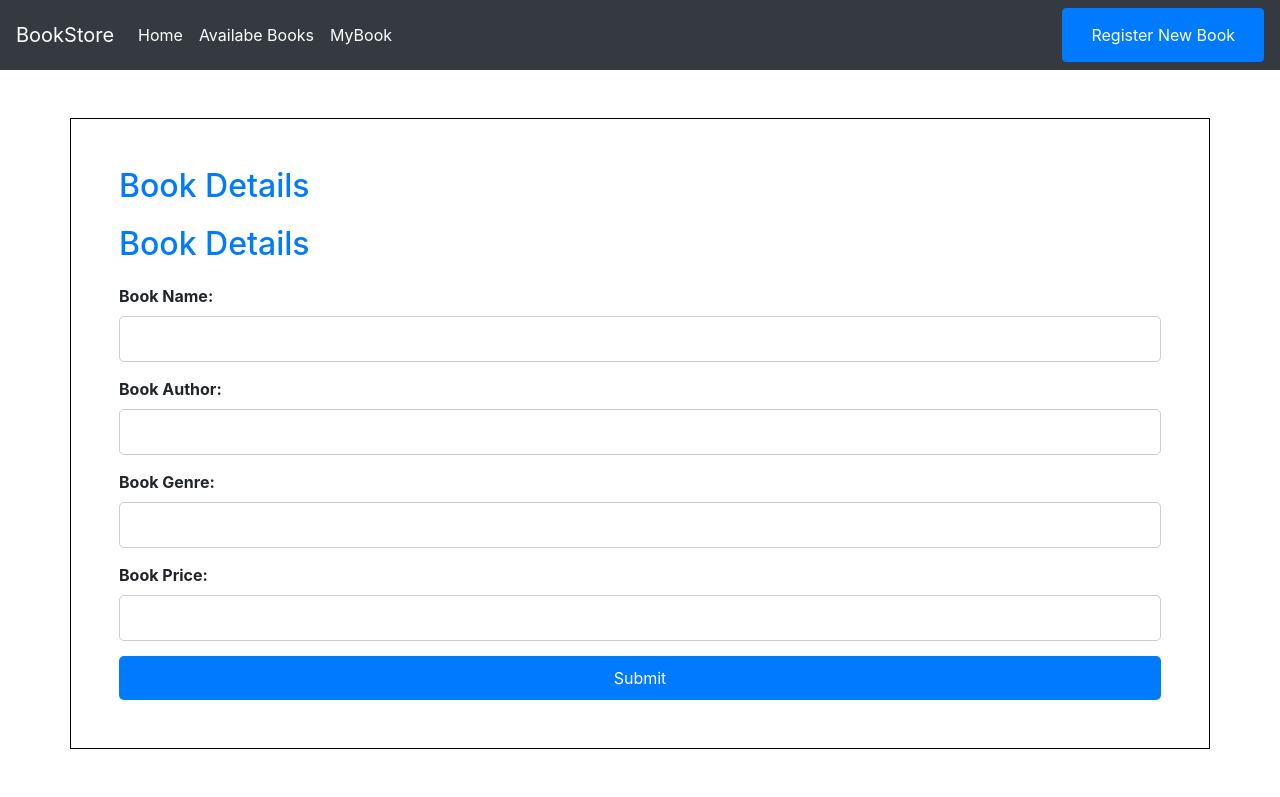
Repository: Sumanta-Sahoo/BookStoreApp
Page: bookstore/src/main/resources/static/bookRegister.html
The author's editor kept a copy of each file at every save. The page is drawn from the files as they stood at one save, then again after the next save.
The browser window is 1280 px wide. The pictures show the whole page.

Above is the page before, as saved 2024-03-15 11:56:36.

After the next save:
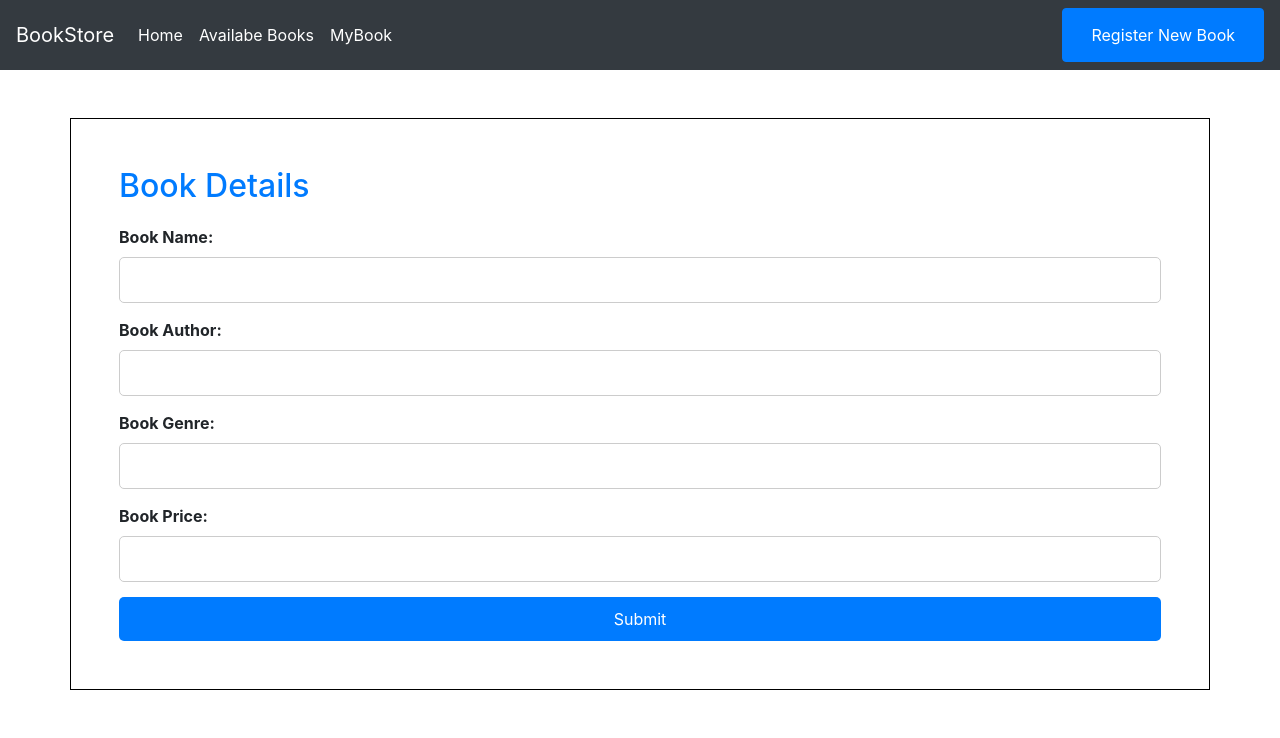
Saved 6 s later.
--- a/bookstore/src/main/resources/static/bookRegister.html
+++ b/bookstore/src/main/resources/static/bookRegister.html
@@ -42,7 +42,6 @@
 	</nav>
 
 	<div class="container my-5 p-5" style="border:1px solid black;">
-		<h2 style="margin-bottom: 20px; color: #007bff;">Book Details</h2>
 
 		<h2 style="margin-bottom: 20px; color: #007bff;">Book Details</h2>
 
